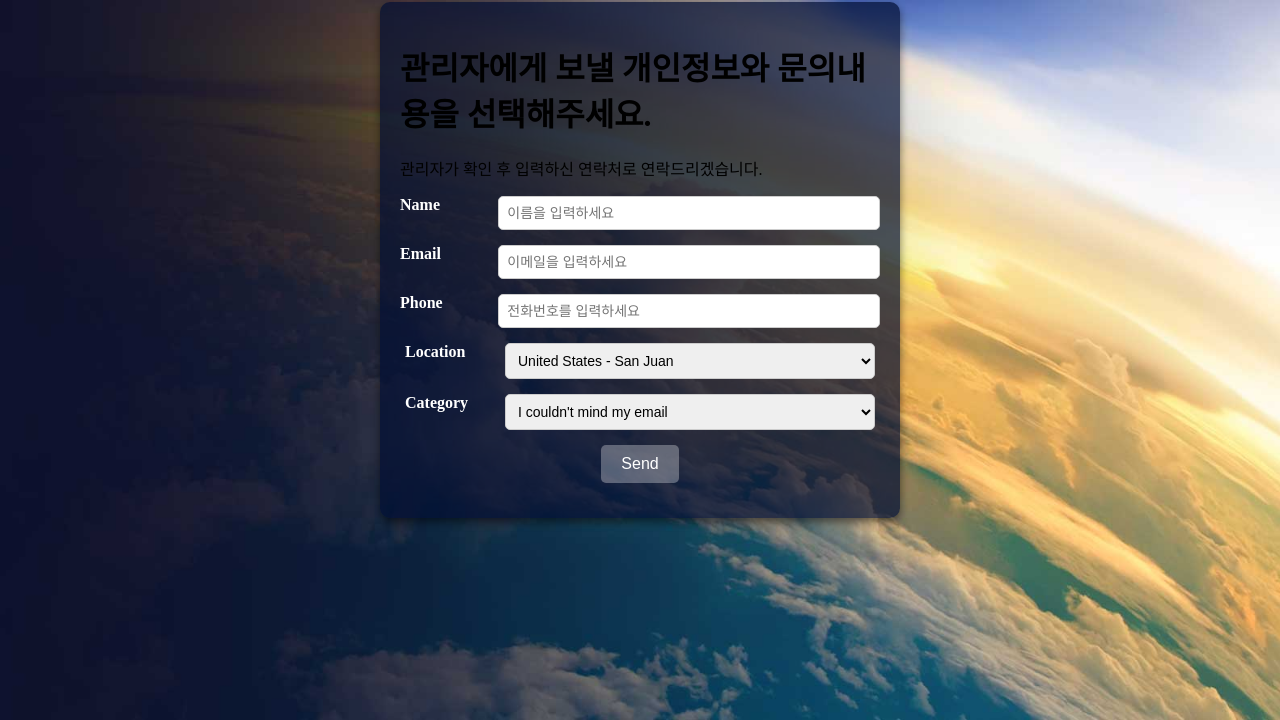
Repository: leeboseok/proposal-board
Page: http://localhost/ProposalSys/admincontact.jsp
The author's editor kept a copy of each file at every save. The page is drawn from the files as they stood at one save, then again after the next save.
The browser window is 1280 px wide. The pictures show the whole page.
The page is served by Tomcat 9.

Above is the page before, as saved 2024-08-09 04:48:55.

After the next save:
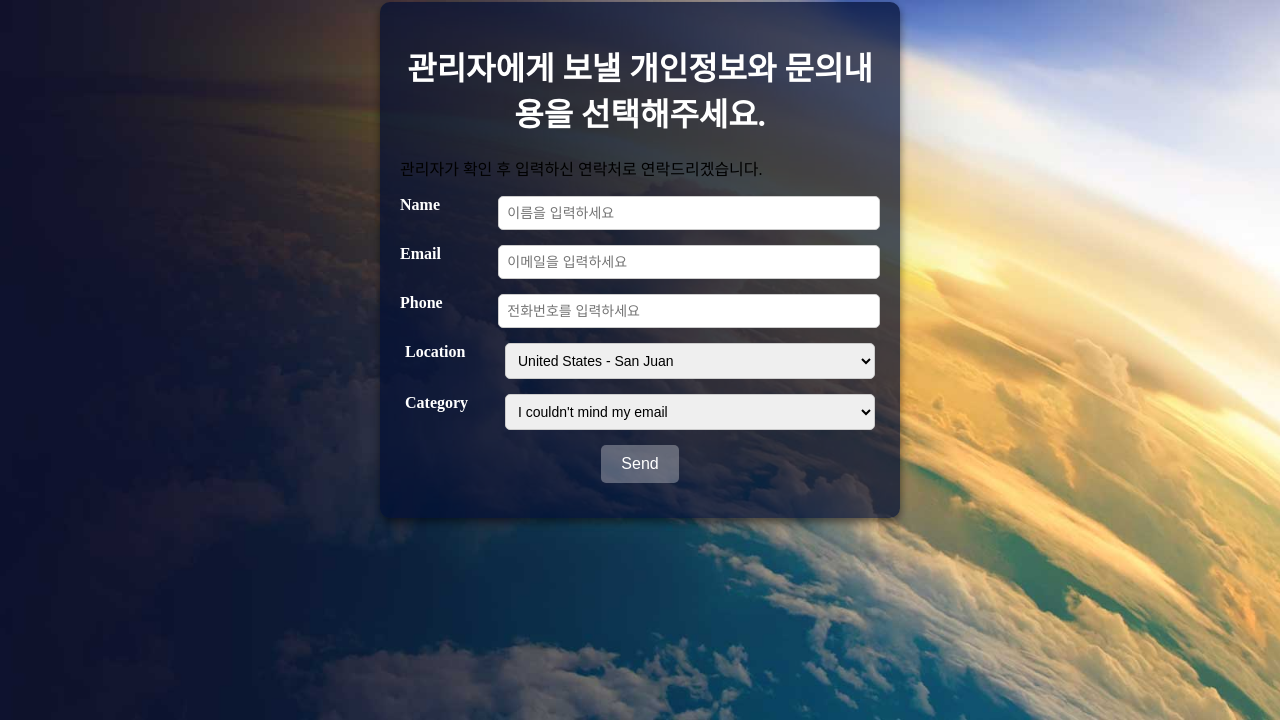
Saved 58 s later.
--- a/ProposalSys/src/main/webapp/css/admincontact.css
+++ b/ProposalSys/src/main/webapp/css/admincontact.css
@@ -70,3 +70,8 @@ body {
 #wrap form input[type="submit"]:hover {
     background-color:rgba(255, 255, 255, 0.5);
 }
+h1{
+	text-align:center;
+	color:white;
+	text-weight:bold;
+}
